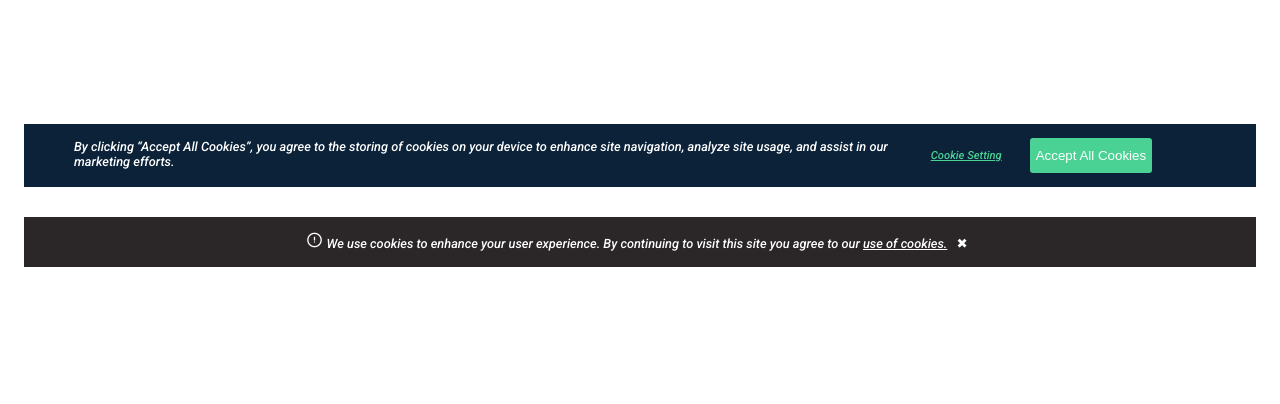
Repository: batonAnton/cursor_cookies_lectr3
Page: index.html
An editor plug-in stored every save of this project. The page is shown before and after the next save, followed by the edit.
The browser window is 1280 px wide. The pictures show the whole page.

Above is the page before, as saved 2022-06-01 12:16:43.

### index.html
<!DOCTYPE html>
<html lang="en">
<head>
    <meta charset="UTF-8">
    <meta http-equiv="X-UA-Compatible" content="IE=edge">
    <meta name="viewport" content="width=device-width, initial-scale=1.0">
    <link rel="preconnect" href="https://fonts.googleapis.com">
    <link rel="preconnect" href="https://fonts.gstatic.com" crossorigin>
    <link href="https://fonts.googleapis.com/css2?family=Roboto:ital,wght@1,500&display=swap" rel="stylesheet">
    <link rel="stylesheet" href="/css/style.css">
    <title>Cookie Banner</title>
</head>
<body>
    <div class="container">
        <div class="banner_1">
            <p>By clicking “Accept All Cookies”, you agree to the storing of cookies on your device to enhance site navigation, analyze site usage, and assist in our <br> marketing efforts.</p>
            <a href="#">cookie setting</a>
            <button>accept all cookies</button>
        </div>

        <div class="banner_2">
            <p> <img src="/images/exclamation mark.png" alt="mark"> We use cookies to enhance your user experience. By continuing to visit this site you agree to our <span class="under_span">use of cookies.</span>
                <button><span>&#10006</span></button>
            </div></p>


    </div>
</body>
</html>

### css/style.css
body {
  margin: 124px 24px;
  font-family: "Roboto", sans-serif;
}
p {
  font-size: 0.8rem;
}

.banner_1 {
  width: 100%;
  display: inline-flex;
  background-color: #0b2239;
}

.banner_1 p {
  color: #ffffff;
  margin: 15px 15px 15px 50px;
}

.banner_1 a {
  color: #4ad295;
  margin: 25px 28px;
  font-size: 0.7rem;
  text-transform: capitalize;
}

.banner_1 button {
  color: #ffffff;
  background-color: #4ad295;
  margin: 14px 50px 0px 0px;
  height: 35px;
  text-transform: capitalize;
  border-radius: 3px;
  border: none;
}

.banner_2 {
  width: 100%;
  margin-top: 30px;
  background-color: #2b2627;
  display: inline-flex;
}

.banner_2 p {
  color: #ffffff;
  margin: 15px auto;
}

.banner_2 button {
  border: none;
  color: #ffffff;
  background-color: #2b2627;
}

.under_span {
  text-decoration: underline;
}

After the next save:
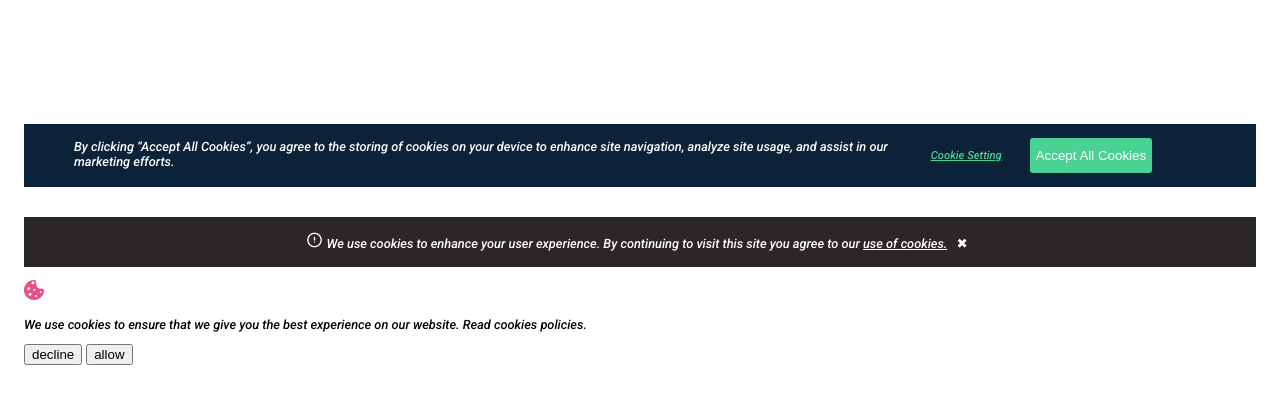
Saved 2 min 23 s later.
--- a/index.html
+++ b/index.html
@@ -22,8 +22,14 @@
             <p> <img src="/images/exclamation mark.png" alt="mark"> We use cookies to enhance your user experience. By continuing to visit this site you agree to our <span class="under_span">use of cookies.</span>
                 <button><span>&#10006</span></button>
             </div></p>
+        </div>
 
-
+        <div class="banner_3">
+            <img src="/images/pink_cookies.png" alt="img cookies">
+            <p>We use cookies to ensure that we give you the best experience on our website. Read cookies policies. </p>
+            <button class="false_btn">decline</button>
+            <button class="true_btn">allow</button>
+        </div>
     </div>
 </body>
 </html>
